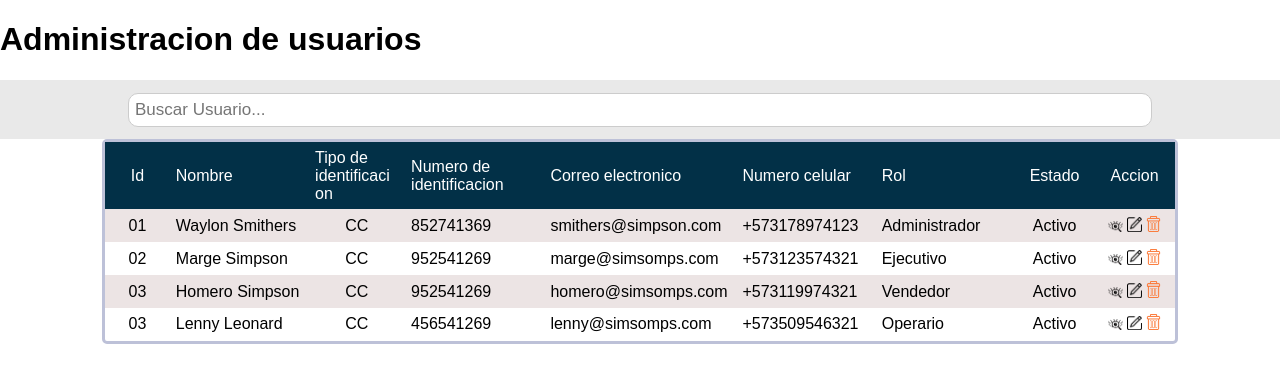
Repository: AlexanderBarona/Proyecto_Ciclo3_Mintic
Page: PaginaWeb/pages/admin_user.html
The author's editor kept a copy of each file at every save. The page is drawn from the files as they stood at one save, then again after the next save.
The browser window is 1280 px wide. The pictures show the whole page.

Above is the page before, as saved 2021-09-30 14:27:26.

After the next save:
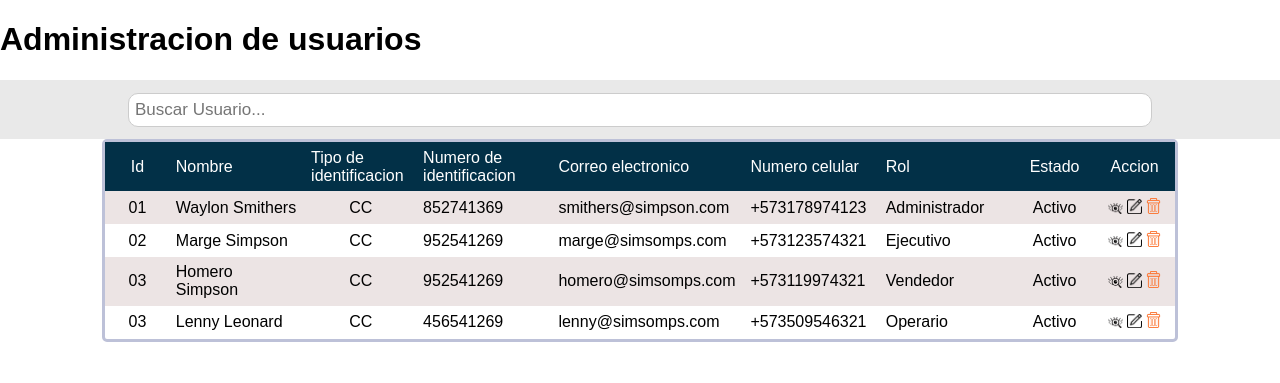
Saved 7 s later.
--- a/PaginaWeb/css/admin_user.css
+++ b/PaginaWeb/css/admin_user.css
@@ -73,7 +73,7 @@
     width: 4em;
   }
   .table_entity td:nth-child(3) {
-    width: 6em;
+    width: 7em;
   }
   .table_entity td:nth-child(5) {
     width: 12em;
